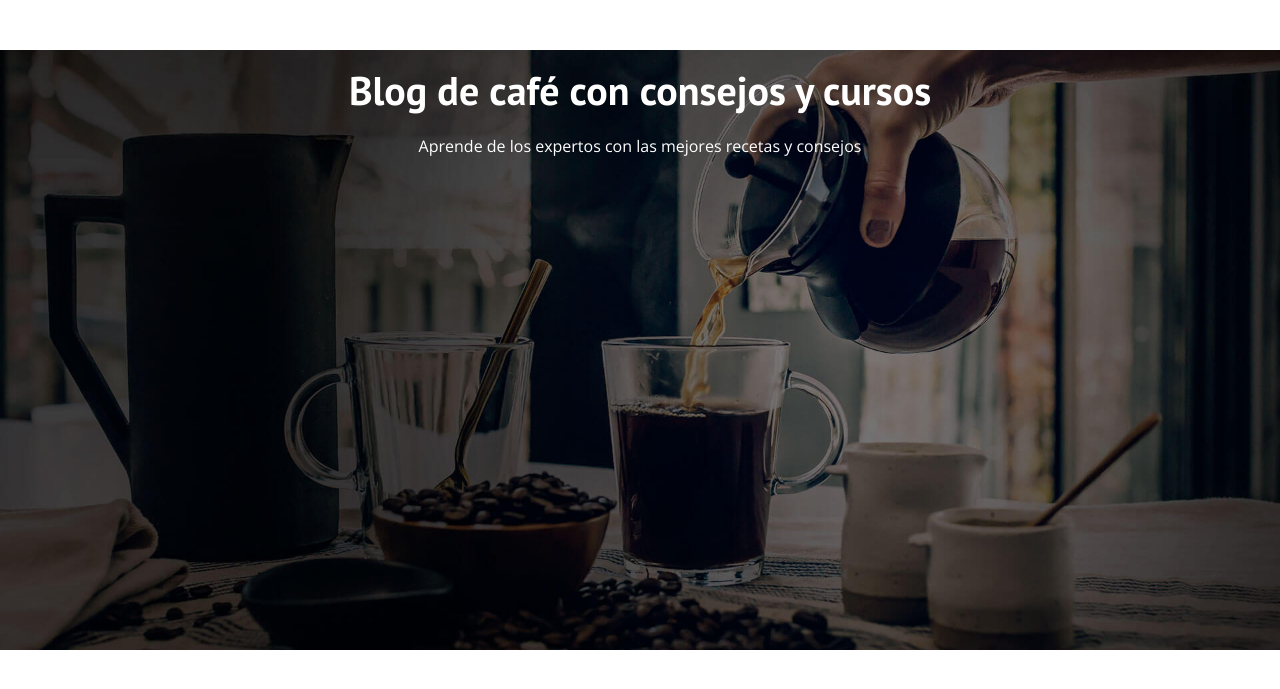
Repository: araque1990/blog_de_cafe
Page: index.html
An editor plug-in stored every save of this project. The page is shown before and after the next save, followed by the edit.
The browser window is 1280 px wide. The pictures show the whole page.

Above is the page before, as saved 2023-01-11 11:25:42.

After the next save:
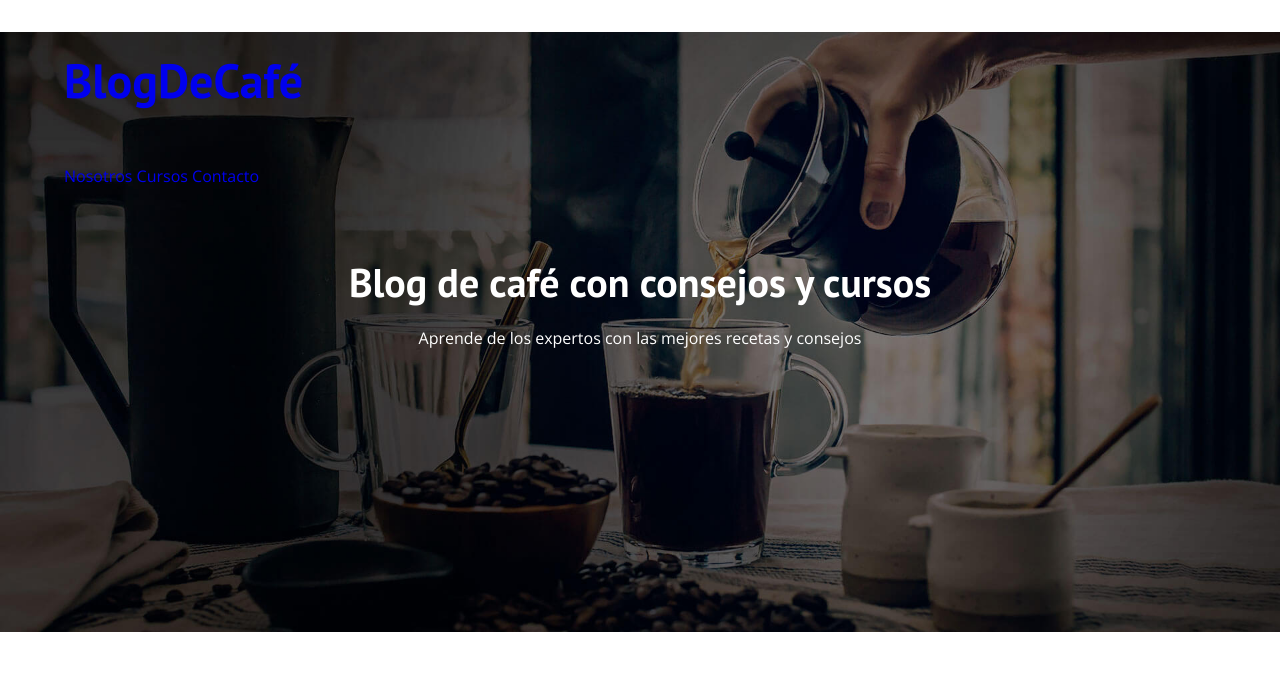
Saved 5 min 54 s later.
--- a/index.html
+++ b/index.html
@@ -12,6 +12,19 @@
 <body>
 
   <header class="header">
+    <div class="contenedor">
+      <div class="barra">
+        <a class="logo" href="index.html">
+          <h1 class="logo__nombre">Blog<span class="logo__bold">DeCafé</span></h1>
+        </a>
+
+        <nav class="navegacion">
+          <a href="nosotros.html" class="navegacion__enlace">Nosotros</a>
+          <a href="cursos.html" class="navegacion__enlace">Cursos</a>
+          <a href="contacto.html" class="navegacion__enlace">Contacto</a>
+        </nav>
+      </div>
+    </div>
     <div class="header__texto">
       <h2 class="no-margin">Blog de café con consejos y cursos</h2>
       <p class="no-margin">Aprende de los expertos con las mejores recetas y consejos</p>
